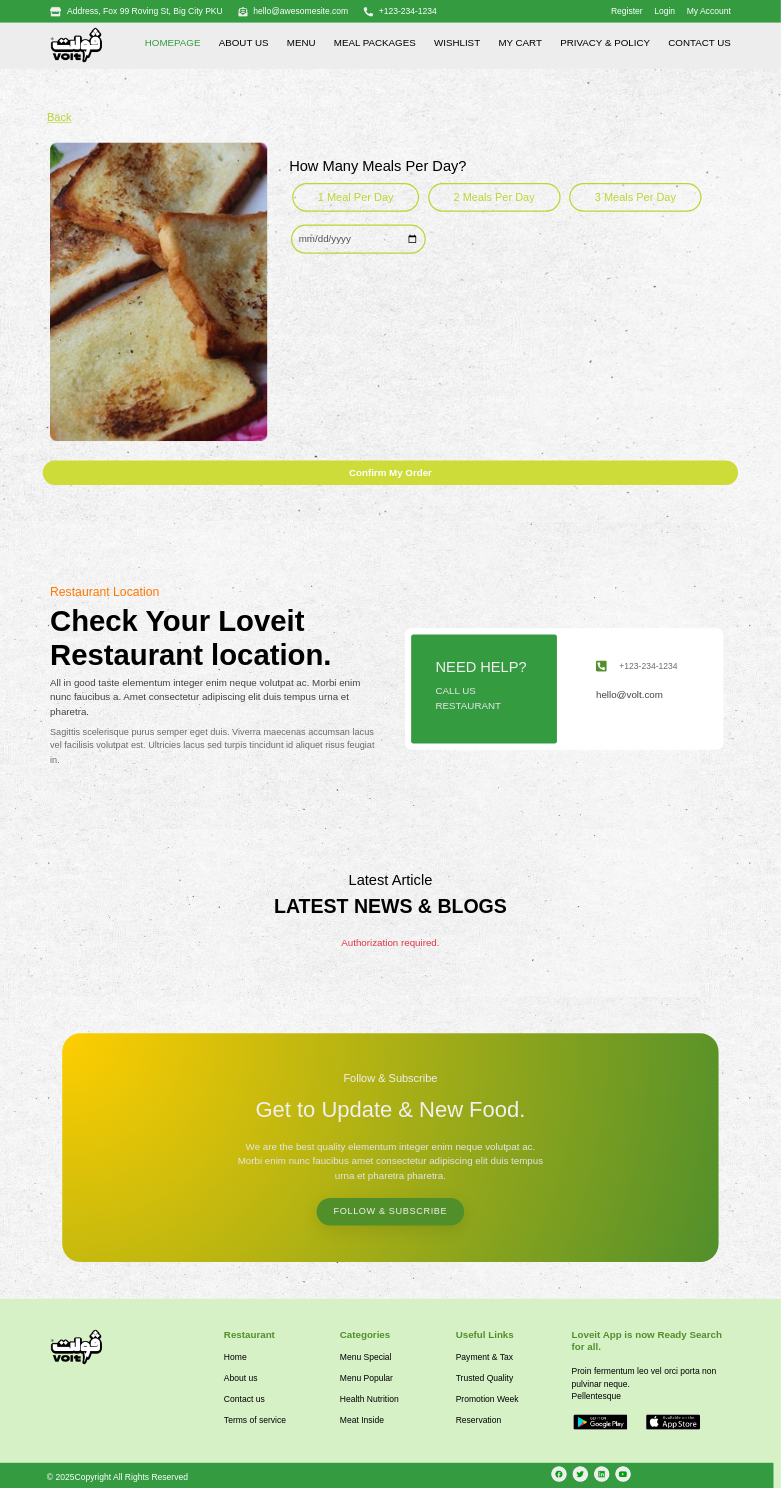
Repository: junivig/volt-new-project
Page: meal-packages-detail.html
An editor plug-in stored every save of this project. The page is shown before and after the next save, followed by the edit.
The browser window is 1280 px wide. The pictures show the whole page, at 61% of full size.

Above is the page before, as saved 2025-02-26 18:53:45.

After the next save:
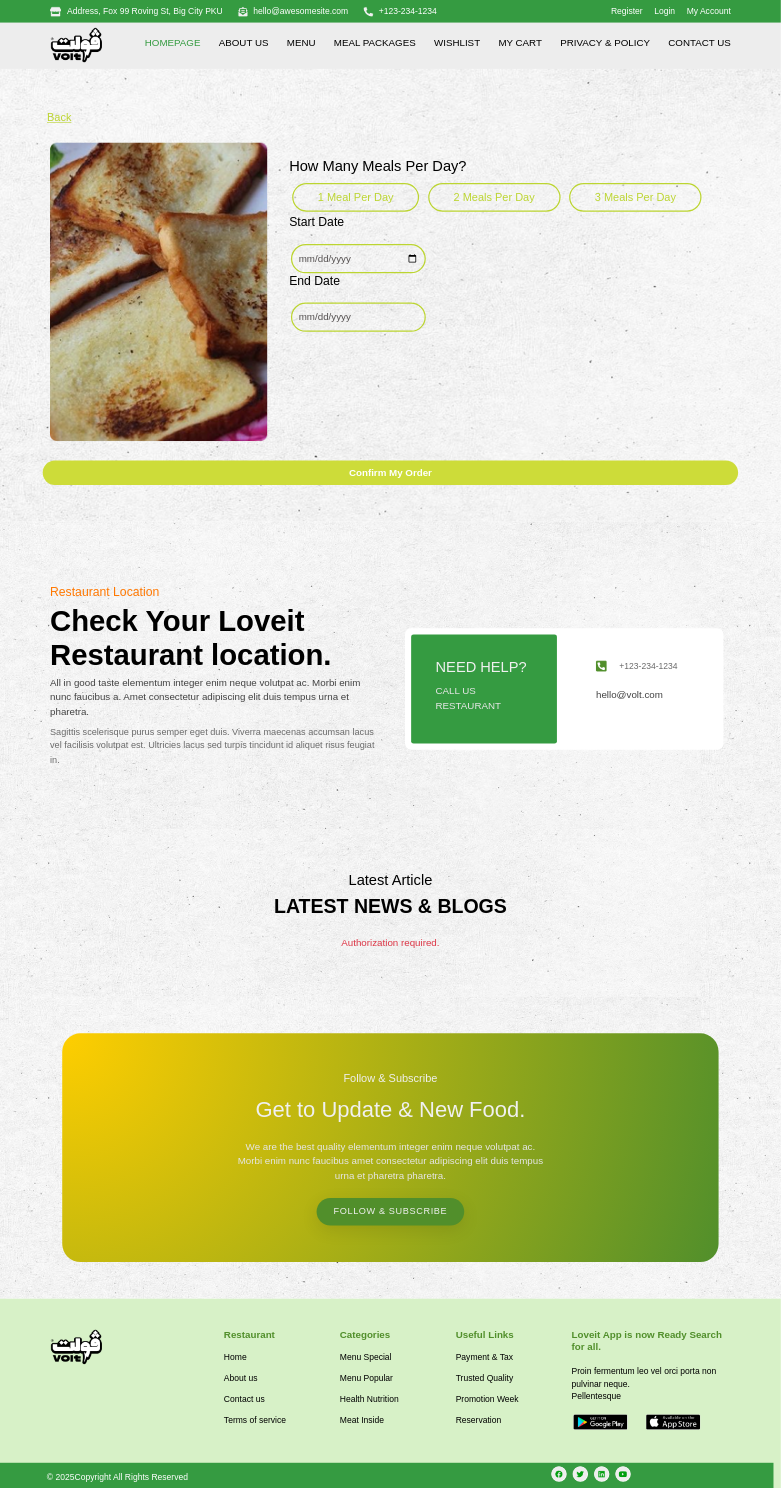
Saved 4 min 27 s later.
--- a/meal-packages-detail.html
+++ b/meal-packages-detail.html
@@ -150,26 +150,39 @@
 
                         <br>
 
+                        <!-- Start Date -->
+                        <h5>Start Date</h5>
                         <div class="date-picker-container mt-3">
-                          <input type="date" id="datepicker" placeholder="Select Start Date" >
+                            <input type="date" id="start-date" placeholder="Select Start Date">
                         </div>
 
-                        <script>
-                            // Toggle selection for multiple meal options
-                            $(document).ready(function () {
-                                $(".meal-option").on("click", function () {
-                                    $(this).toggleClass("selected");
-                                });
-
-
-
-                                // Clicking the calendar icon opens the date picker
-                                $(".calendar-icon").on("click", function () {
-                                    $("#datepicker").focus();
-                                });
+                        <!-- End Date -->
+                        <h5>End Date</h5>
+                        <div class="date-picker-container mt-3">
+                            <input type="date" id="end-date" placeholder="Select End Date" disabled>
+                        </div>
+                    </div>
+
+                    <script>
+                        $(document).ready(function () {
+                            // Allow only one meal option to be selected at a time
+                            $(".meal-option").on("click", function () {
+                                $(".meal-option").removeClass("selected"); // Remove selection from all
+                                $(this).addClass("selected"); // Select the clicked one
                             });
-                        </script>
-                      </div>
+
+                            // Enable end date only after selecting start date
+                            $("#start-date").on("change", function () {
+                                let startDate = $(this).val();
+                                if (startDate) {
+                                    $("#end-date").prop("disabled", false); // Enable end date
+                                    $("#end-date").attr("min", startDate); // Prevent selecting a past date
+                                } else {
+                                    $("#end-date").prop("disabled", true); // Keep it disabled if no start date
+                                }
+                            });
+                        });
+                    </script>
                   </div>
               </div>
                 <div class="row mt-4">
